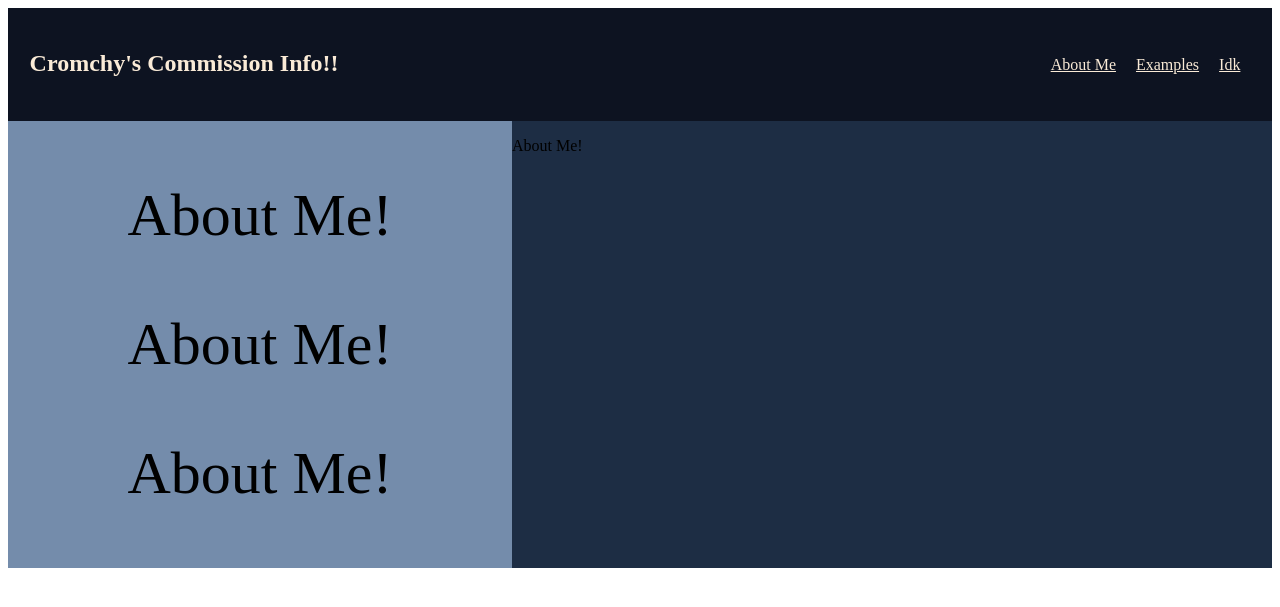
Repository: crackaLack1n/Cromchys_Commission_Site
Page: /
The author's editor kept a copy of each file at every save. The page is drawn from the files as they stood at one save, then again after the next save.
The browser window is 1280 px wide. The pictures show the whole page.
The project was rebuilt for these pictures with package versions that can differ from the ones it lists, and the page was loaded fresh each time. The framework's server and built-in components were replaced by stand-ins that run in the browser. Also part of the build but not shown: next.config.mjs.

Above is the page before, as saved 2024-06-11 12:20:11.

### pages/index.js
import Head from "next/head";
import Header from "@/Components/Header";
import Image from "next/image";
import styles from "@/styles/Home.module.css";


export default function Home() {
  return (
    <>
      <Head>
        <title>Create Next App</title>
        <meta name="description" content="Generated by create next app" />
        <meta name="viewport" content="width=device-width, initial-scale=1" />
        <link rel="icon" href="/favicon.ico" />
      </Head>

      <Header/>
      <main className={`${styles.main}`}>
        <div className={styles.container}>
          <div className={styles.contentLeft}>
            <p>About Me!</p>
            <p>About Me!</p>
            <p>About Me!</p>
          </div>
          <div className={styles.contentRight}>
          <p>About Me!</p>
          </div>
        </div>
      </main>
    </>
  );
}

### Components/Header/index.js
import Link from "next/link"
import style from './header.module.css';
export default function Header() {
  return (
    <>
      <div className={style.main}>
        <h2>Cromchy's Commission Info!!</h2>
        <nav className={style.nav}>
          <ul className={style.buttons}>
            <li><Link href={`/`}>About Me</Link></li>
            <li><Link href={`/Examples`}>Examples</Link></li>
            <li><Link href={`/Idk`}>Idk</Link></li>
          </ul>
        </nav>
      </div>
    </>
  )
}

### styles/Home.module.css
.main {
  display: flex;
  min-height: 20vh;
  background-color: #748CAB;
}

.container {
 display: grid;
 grid-template-columns:  1fr 3fr;
 height: auto;
}

.contentLeft {
  width: 70vh;
  text-align: center;
  padding: -2px;
}

.contentLeft p {
  font-size: 60px;
}
.contentRight {
  background-color: #1D2D44;
  width: 100%;
}

/* Mobile */
@media (max-width: 700px) {
  .content {

  }

  .grid {
    grid-template-columns: 1fr;
    margin-bottom: 120px;
    max-width: 320px;
    text-align: center;
  }

}

/* Tablet and Smaller Desktop */
@media (min-width: 701px) and (max-width: 1120px) {
  .grid {
    grid-template-columns: repeat(2, 50%);
  }
}

### Components/Header/header.module.css
.main {
  display: flex;
  justify-content: space-between;
  padding: 3vh;
  background-color: #0D1321;
  color: antiquewhite;
}


.nav {
justify-content: end;

}

.buttons {
  display: flex;

}

.buttons li {
  padding: 10px;
  list-style-type: none;
  color: antiquewhite;
}

.buttons a {
  color: antiquewhite;
}

Loaded but not shown: pages/_app.js (common file); pages/_document.js (common file); styles/globals.css (common file)

After the next save:
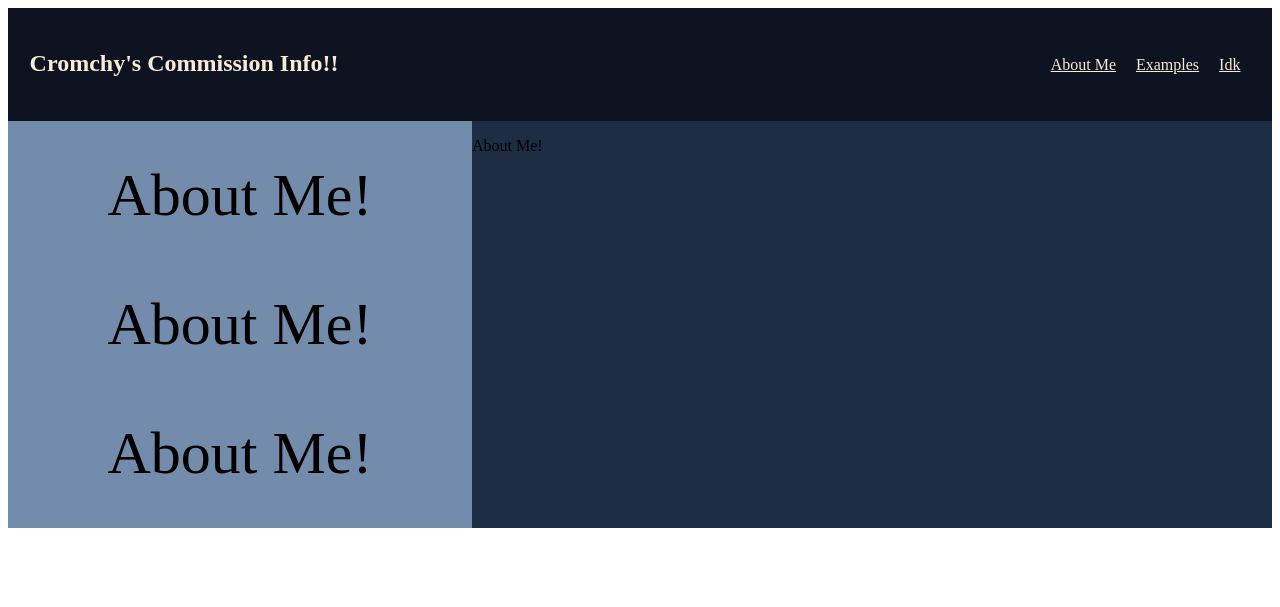
Saved 11 s later.
--- a/styles/Home.module.css
+++ b/styles/Home.module.css
@@ -13,7 +13,7 @@
 .contentLeft {
   width: 70vh;
   text-align: center;
-  padding: -2px;
+  margin: -20px;
 }
 
 .contentLeft p {

After the save that followed:
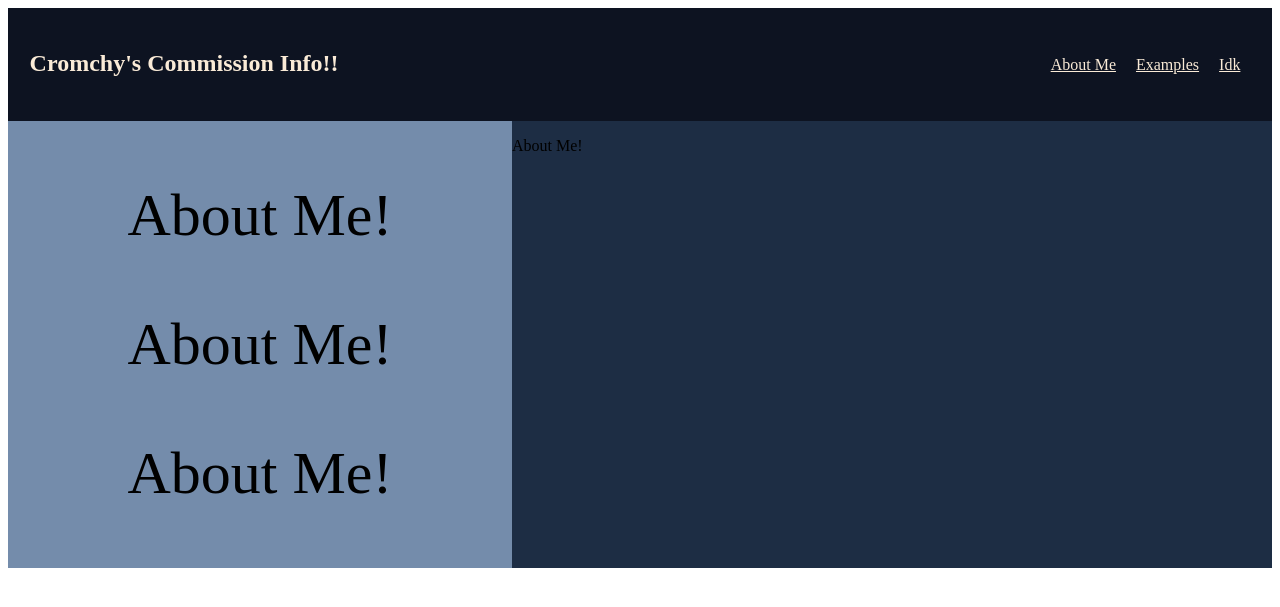
Saved 8 s later.
--- a/styles/Home.module.css
+++ b/styles/Home.module.css
@@ -13,7 +13,6 @@
 .contentLeft {
   width: 70vh;
   text-align: center;
-  margin: -20px;
 }
 
 .contentLeft p {
